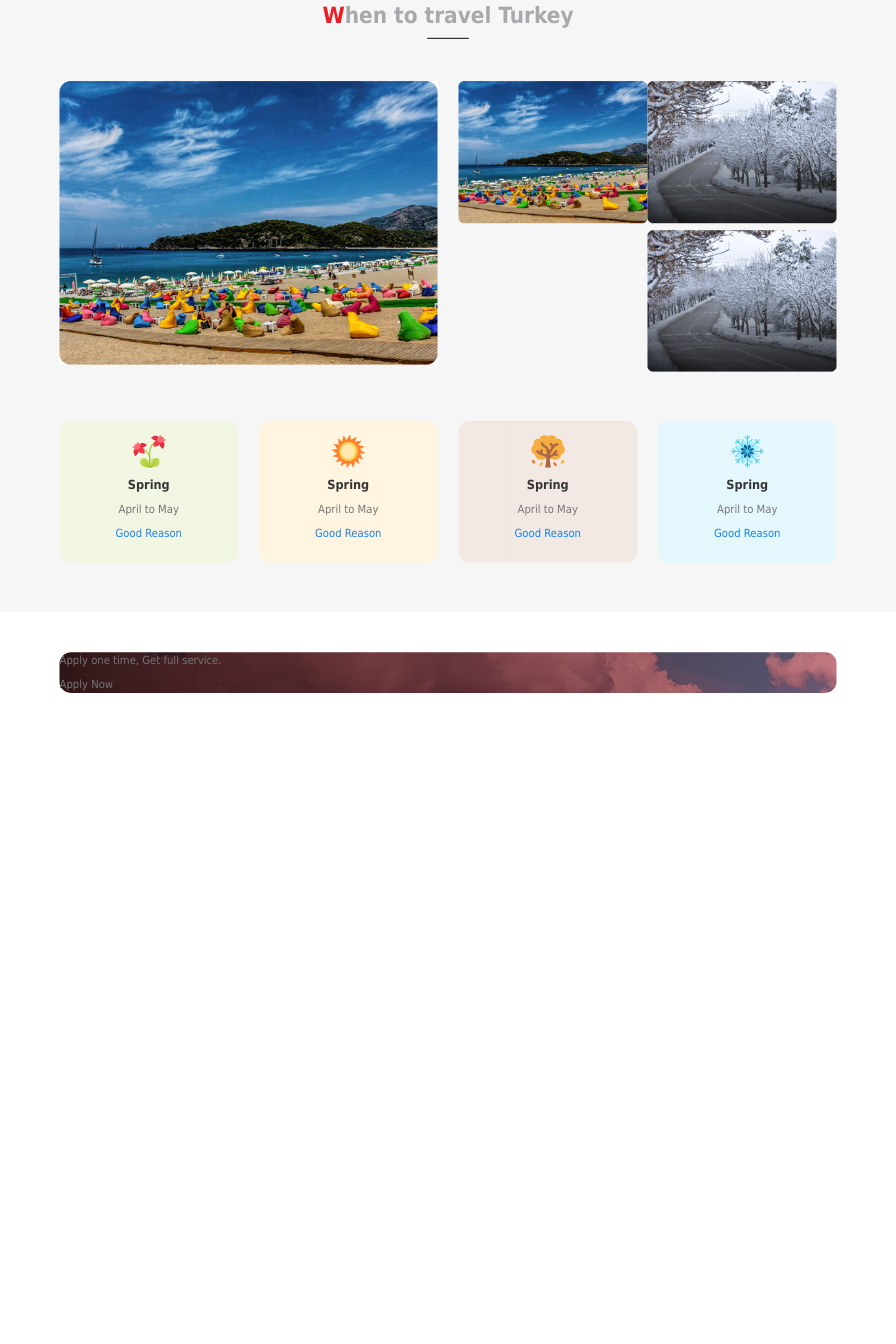
Repository: cvminhquan/turkey
Page: index.html
These files come from the project's save history. The page is drawn as it stood at one moment and after the next save; the edit follows.
The browser window is 1280 px wide. The pictures show the part of the page from y = 2937 to 4857 px (the page is 30000 px tall), at 70% of full size.
The style sheet was rebuilt from its Sass, Less or Tailwind sources for each picture, by a compiler version that may differ from the author's.

Above is the page before, as saved 2022-09-15 22:35:32.

After the next save:
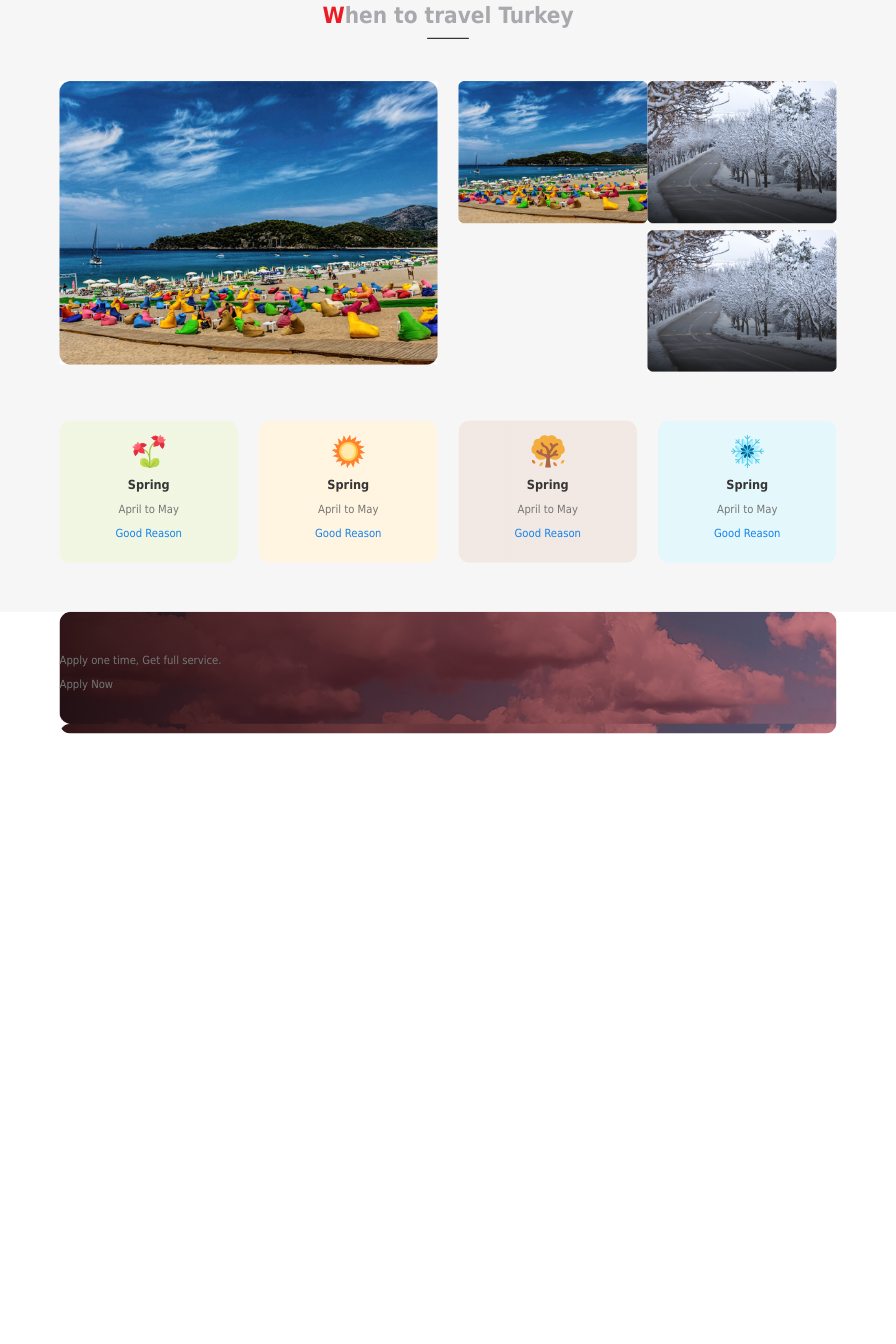
Saved 18 s later.
--- a/scss/main.scss
+++ b/scss/main.scss
@@ -214,6 +214,6 @@ header {}
 
 //section whychooseus
 .ad-infor {
-    margin: 58px 0;
+    padding: 58px 0;
     background: url(../images/img-ad.jpg);
 }
